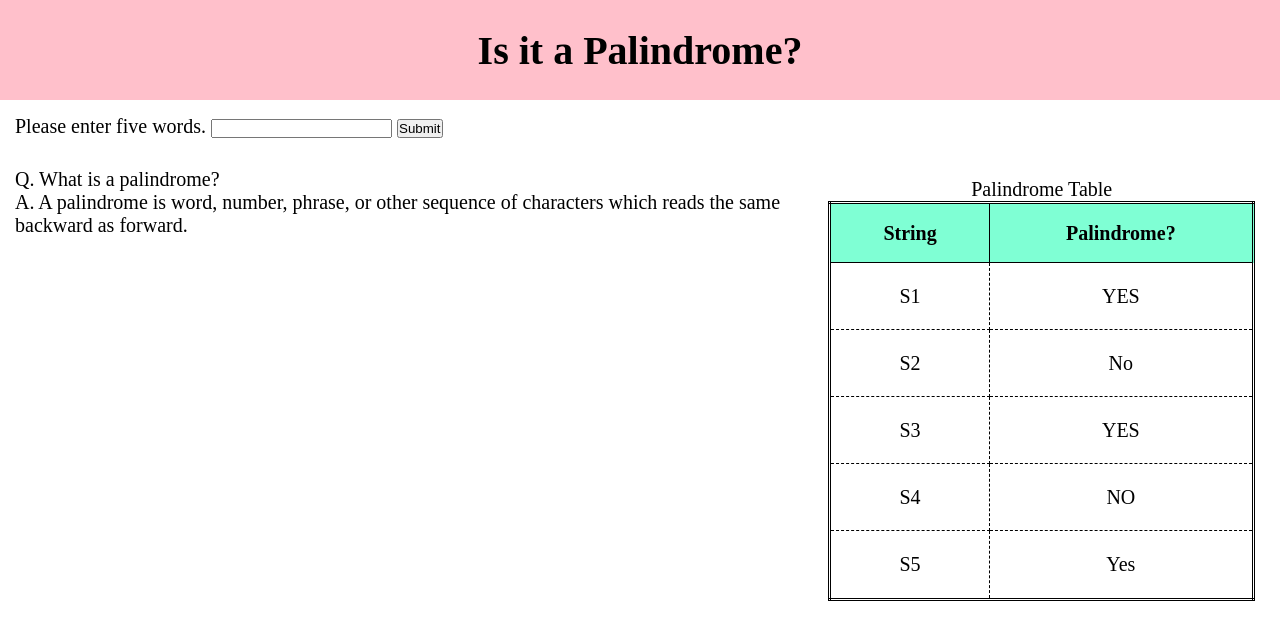
Repository: mlmEFSC21/P18-Palindrome-Table
Page: palindrome.html
These files come from the project's save history. The page is drawn as it stood at one moment and after the next save; the edit follows.
The browser window is 1280 px wide. The pictures show the whole page.

Above is the page before, as saved 2022-04-03 18:02:04.

### palindrome.html
<!DOCTYPE html>
<html lang="en">
    <head>
        <meta charset="UTF-8" />
        <meta http-equiv="X-UA-Compatible" content="IE=edge" />
        <meta name="viewport" content="width=device-width, initial-scale=1.0" />
        <link rel="stylesheet" href="palindrome.css" />
        <script defer src="palindrome.js"></script>
        <title>Palindrome Table</title>
    </head>
    <body>
        <header class="mainHeader">
            <h1>Is it a Palindrome?</h1>
        </header>
        <div class="mainContent">
            <div class="formContainer" id="formContainer">
                <form class="palindromeForm" id="palindromeForm">
                    <label for="stringInput">Please enter five words.</label>
                    <input
                        type="text"
                        name="stringInput"
                        class="stringInput"
                        id="stringInput"
                        required
                    />
                    <button type="submit" class="submit-btn" id="submit-btn">Submit</button>
                </form>
            </div>
            <div class="tableContainer" id="tableContainer">
                <div class="definition">
                    <p>Q. What is a palindrome?</p>
                    <p>
                        A. A palindrome is word, number, phrase, or other sequence of characters
                        which reads the same backward as forward.
                    </p>
                </div>
                <table>
                    <caption>
                        Palindrome Table
                    </caption>
                    <thead>
                        <tr>
                            <th>String</th>
                            <th>Palindrome?</th>
                        </tr>
                    </thead>
                    <tbody>
                        <tr>
                            <td class="string">S1</td>
                            <td class="yes-no">YES</td>
                        </tr>
                        <tr>
                            <td class="string">S2</td>
                            <td class="yes-no">No</td>
                        </tr>
                        <tr>
                            <td class="string">S3</td>
                            <td class="yes-no">YES</td>
                        </tr>
                        <tr>
                            <td class="string">S4</td>
                            <td class="yes-no">NO</td>
                        </tr>
                        <tr>
                            <td class="string">S5</td>
                            <td class="yes-no">Yes</td>
                        </tr>
                    </tbody>
                </table>
            </div>
        </div>
    </body>
</html>

### palindrome.css
*,
*::after,
*::before {
    box-sizing: border-box;
    margin: 0;
    padding: 0;
}
body {
    font-size: 1.25rem;
}
header {
    display: flex;
    background-color: pink;
    align-items: center;
    justify-content: center;
    height: 100px;
}
.mainContent {
    display: flex;
    flex-wrap: wrap;
    flex-basis: 500px;
}
.formContainer {
    margin: 10px, auto;
    padding: 15px;
}
.tableContainer {
    display: flex;
    justify-content: space-around;
    align-items: space-around;
    padding: 15px;
}
.definition {
    justify-self: flex-start;
    align-self: flex-start;
    flex-wrap: wrap;
    /* flex-basis: 500px; */
}
table {
    justify-self: flex-start;
    align-self: flex-start;
    border-collapse: collapse;
    border: 3px double black;
    margin: 10px;
    padding: 10px;
    width: 500px;
    height: 400px;
    text-align: center;
}
th {
    background-color: aquamarine;
    height: 60px;
    border: 1px solid black;
    padding: 15px;
}
tr,
td {
    height: 30px;
    border: 1px dashed black;
    padding: 10px;
}

Loaded but not shown: palindrome.js (no stored copy; drawn as an empty file)

After the next save:
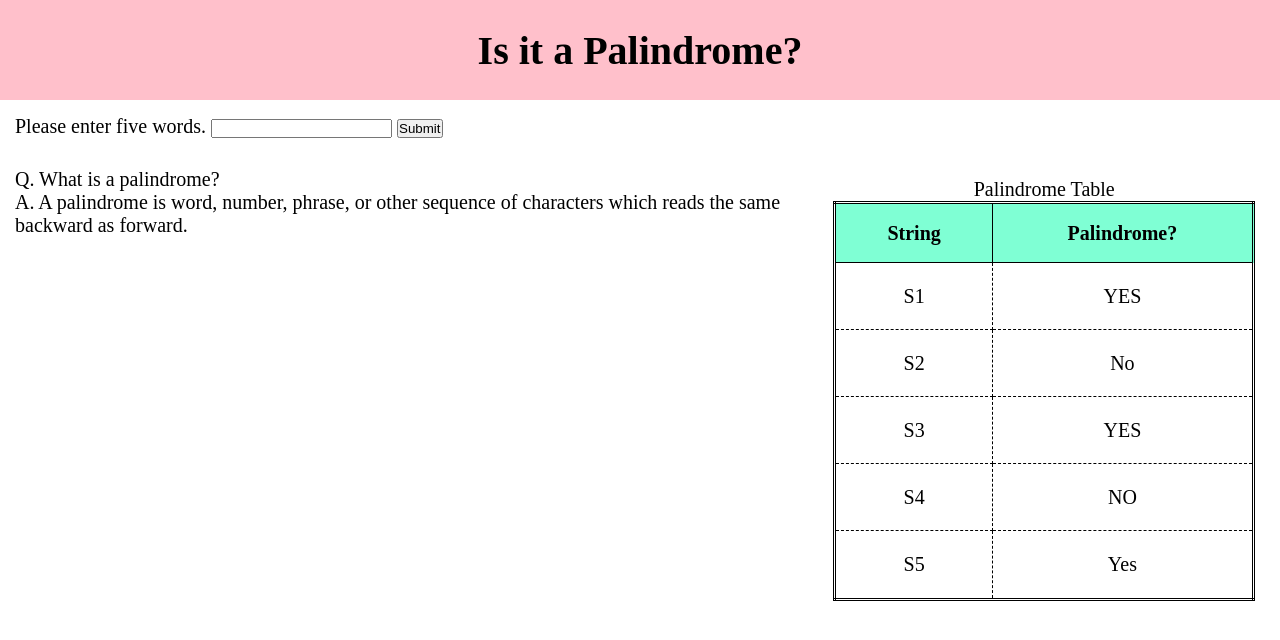
Saved 10 s later.
--- a/palindrome.css
+++ b/palindrome.css
@@ -34,7 +34,7 @@ header {
     justify-self: flex-start;
     align-self: flex-start;
     flex-wrap: wrap;
-    /* flex-basis: 500px; */
+    flex-basis: 960px;
 }
 table {
     justify-self: flex-start;
